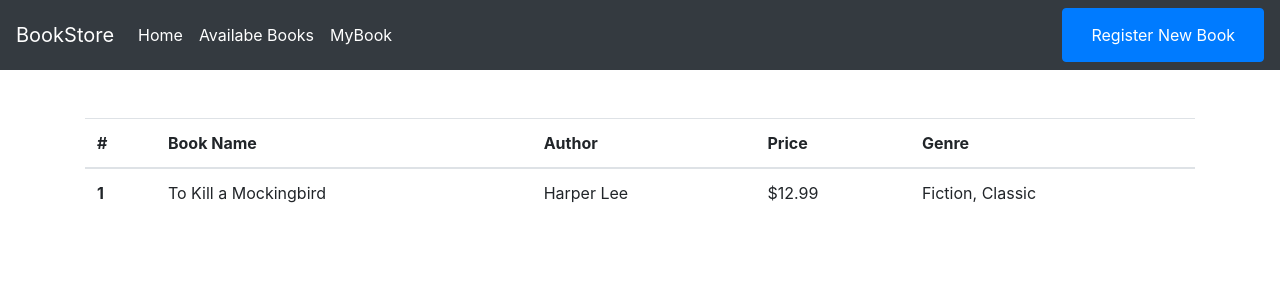
Repository: Sumanta-Sahoo/BookStoreApp
Page: bookstore/src/main/resources/static/availabeBooks.html
The author's editor kept a copy of each file at every save. The page is drawn from the files as they stood at one save, then again after a run of saves.
The browser window is 1280 px wide. The pictures show the whole page.

Above is the page before, as saved 2024-03-18 23:38:16.

### bookstore/src/main/resources/static/availabeBooks.html
<!doctype html>
<html lang="en" xmlns:th="https://www.thymeleaf.com">

<head>
	<!-- Required meta tags -->
	<meta charset="utf-8">
	<meta name="viewport" content="width=device-width, initial-scale=1, shrink-to-fit=no">

	<!-- Bootstrap CSS -->
	<link rel="stylesheet" href="https://cdn.jsdelivr.net/npm/bootstrap@4.4.1/dist/css/bootstrap.min.css"
		integrity="sha384-Vkoo8x4CGsO3+Hhxv8T/Q5PaXtkKtu6ug5TOeNV6gBiFeWPGFN9MuhOf23Q9Ifjh" crossorigin="anonymous">

	<title>BookStore</title>
</head>

<body>
	<nav class="navbar navbar-expand-lg navbar-light bg-dark">
		<a class="navbar-brand text-white" href="#">BookStore</a>
		<button class="navbar-toggler" type="button" data-toggle="collapse" data-target="#navbarSupportedContent"
			aria-controls="navbarSupportedContent" aria-expanded="false" aria-label="Toggle navigation">
			<span class="navbar-toggler-icon"></span>
		</button>

		<div class="collapse navbar-collapse" id="navbarSupportedContent">
			<ul class="navbar-nav mr-auto">
				<li class="nav-item active">
					<a class="nav-link text-white" href="#">Home<span class="sr-only">(current)</span></a>
				</li>
				<li class="nav-item">
					<a class="nav-link text-white" href="availabe_books">Availabe Books</a>
				</li>
				<li class="nav-item">
					<a class="nav-link text-white" href="my_books">MyBook</a>
				</li>
			</ul>
			<div>
				<button type="button" class="btn btn-primary"><a class="nav-link text-white"
						href="bookRegister">Register New Book</a></button>
			</div>

		</div>
	</nav>


	<div class="container my-5">
		<table class="table table-white table-hover">
			<thead>
				<tr>
					<th scope="col">#</th>
					<th scope="col">Book Name</th>
					<th scope="col">Author</th>
					<th scope="col">Price</th>
					<th scope="col">Genre</th>
				</tr>
			</thead>
			<tbody class="table-group-divider">
				<tr>
					<th scope="row">1</th>
					<td>To Kill a Mockingbird</td>
					<td>Harper Lee</td>
					<td>$12.99</td>
					<td>Fiction, Classic</td>
				</tr>
			</tbody>
		</table>
	</div>

	<!-- Optional JavaScript -->
	<!-- jQuery first, then Popper.js, then Bootstrap JS -->
	<script src="https://code.jquery.com/jquery-3.4.1.slim.min.js"
		integrity="sha384-J6qa4849blE2+poT4WnyKhv5vZF5SrPo0iEjwBvKU7imGFAV0wwj1yYfoRSJoZ+n"
		crossorigin="anonymous"></script>
	<script src="https://cdn.jsdelivr.net/npm/popper.js@1.16.0/dist/umd/popper.min.js"
		integrity="sha384-Q6E9RHvbIyZFJoft+2mJbHaEWldlvI9IOYy5n3zV9zzTtmI3UksdQRVvoxMfooAo"
		crossorigin="anonymous"></script>
	<script src="https://cdn.jsdelivr.net/npm/bootstrap@4.4.1/dist/js/bootstrap.min.js"
		integrity="sha384-wfSDF2E50Y2D1uUdj0O3uMBJnjuUD4Ih7YwaYd1iqfktj0Uod8GCExl3Og8ifwB6"
		crossorigin="anonymous"></script>
</body>

</html>

After the next 2 saves:
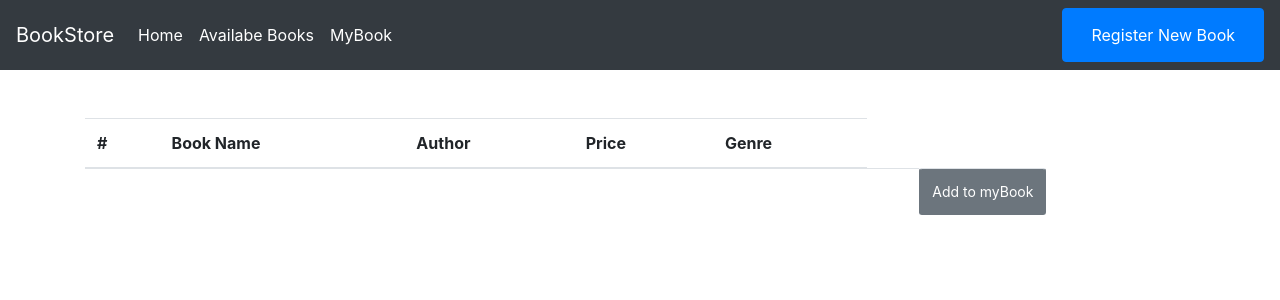
The 2 saves are shown as one change because 1 did not build or start.
The last was saved 6 min 0 s later.
--- a/bookstore/src/main/resources/static/availabeBooks.html
+++ b/bookstore/src/main/resources/static/availabeBooks.html
@@ -53,13 +53,15 @@
 					<th scope="col">Genre</th>
 				</tr>
 			</thead>
-			<tbody class="table-group-divider">
+			<tbody class="table-group-divider" th:each : "b :{book}">
 				<tr>
-					<th scope="row">1</th>
-					<td>To Kill a Mockingbird</td>
-					<td>Harper Lee</td>
-					<td>$12.99</td>
-					<td>Fiction, Classic</td>
+					<th scope="row"></th>
+					<td th : text="${b.bookId}"></td>
+					<td th : text="${b.bookName}"></td>
+					<td th : text="${b.bookAuthor}"></td>
+					<td th : text="${b.bookPrice}"></td>
+					<td th : text="${b.bookGenre}"></td>
+					<td class="btn btn-secondary btn-sm">Add to myBook</td>
 				</tr>
 			</tbody>
 		</table>
